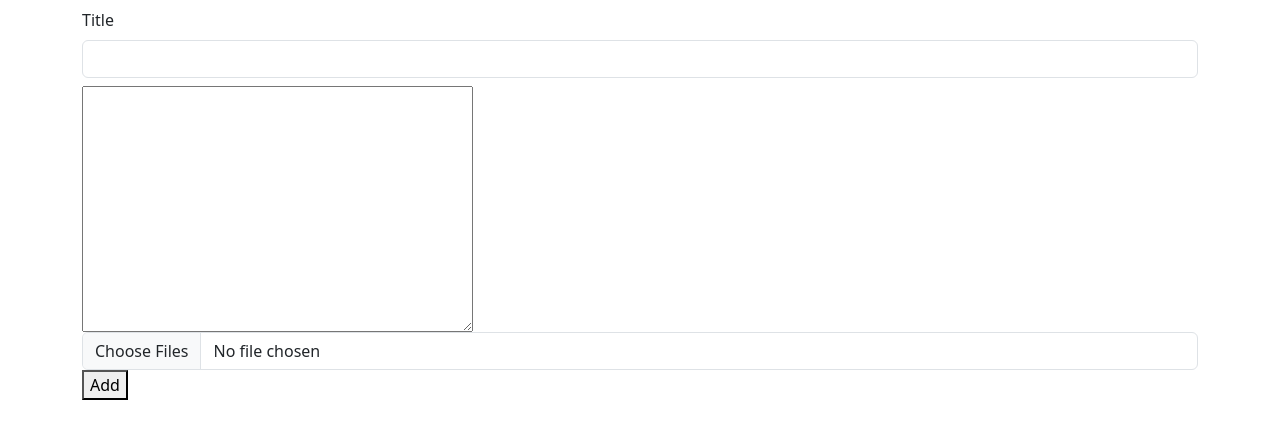
Repository: wasimalbokae2000/blogs
Page: http://localhost/posts/create
An editor plug-in stored every save of this project. The page is shown before and after the next save, followed by the edit.
The browser window is 1280 px wide. The pictures show the whole page.
The page is served by the project's Laravel application, run on PHP 8.4 with Laravel 12. Other server files are loaded and not shown.

Above is the page before, as saved 2024-11-27 23:15:07.

### routes/web.php
<?php

use Illuminate\Support\Facades\Route;
use App\Http\Controllers\PostController;
Route::get('/', function () {
    return view('welcome');
});

Route::get('/posts', [PostController::class, "index"])->name("posts");
Route::get('/posts/create', [PostController::class, "create"] )->name("posts.create");
Route::POST('/posts/store', [PostController::class, "store"] )->name("posts.store");
Route::get('/posts/show/id={id?}', [PostController::class, "show"] )->name("posts.show");
Route::get('/posts/edit/id={id?}', [PostController::class, "edit"] )->name("posts.edit");
Route::POST('/posts/update/id={id?}', [PostController::class, "update"] )->name("posts.update");
Route::get('/posts/delete/id={id?}', [PostController::class, "destroy"] )->name("posts.delete");

### app/Http/Controllers/PostController.php
<?php

namespace App\Http\Controllers;

use App\Models\Post;
use Illuminate\Http\Request;

class PostController extends Controller
{
    /**
     * Display a listing of the resource.
     */
    public function index()
    {
        $posts=Post::all();
        return view("posts.index",compact("posts"));
    }

    /**
     * Show the form for creating a new resource.
     */
    public function create()
    {
        return view("posts.create");
    }

    /**
     * Store a newly created resource in storage.
     */
    public function store(Request $request)
    {

        $arr_images=array();
        if($images=$request->file("image"))
        {
            foreach($images as $image)
            {
                $imgName=$image->getClientOriginalName() . '-'. uniqid() . '.'.$image->getClientOriginalExtension();
                $arr_images[]=$imgName;
                 $image->move(public_path("/images"),$imgName);
            }
            // $imgName=$request->file("image")->getClientOriginalName() . '-'. uniqid() . '.'.$request->file("image")->getClientOriginalExtension();
        }
        $p=Post::create([
            "title"=>$request->title,
            "description"=>$request->description,
            "image"=>implode('|',$arr_images)
            ]);
        if($p)
        return redirect()->route('posts');
        return view("posts.index");
    }

    /**
     * Display the specified resource.
     */
    public function show($id)
    {
        $post=Post::find($id);
        return view("posts.show",compact("post"));
    }
    public function showForEdit($id)
    {

    }

    /**
     * Show the form for editing the specified resource.
     */
    public function edit($id)
    {
        $post=Post::find($id);
        return view("posts.edit",compact("post"));
    }

    /**
     * Update the specified resource in storage.
     */
    public function update(Request $request, $id)
    {
        $post=POST::find($id);
        $post->title=$request->title;
        $post->description=$request->description;
        if($request->hasFile("image"))
        {
            $imgName=$request->file("image")->getClientOriginalName() . '-'. uniqid() . '.'.$request->file("image")->getClientOriginalExtension();
           $request->file("image")->move(public_path("/images"),$imgName);
           $post->image=$imgName;
        }
        $post->save();
        return redirect()->route('posts');
    }

    /**
     * Remove the specified resource from storage.
     */
    public function destroy($id)
    {
        $post = Post::find($id);
        $post->delete();
        return redirect()->route('posts');
    }
}

### resources/views/posts/create.blade.php
<link href="https://cdn.jsdelivr.net/npm/bootstrap@5.3.3/dist/css/bootstrap.min.css" rel="stylesheet" integrity="sha384-QWTKZyjpPEjISv5WaRU9OFeRpok6YctnYmDr5pNlyT2bRjXh0JMhjY6hW+ALEwIH" crossorigin="anonymous">

<div class="container">
    <form action="{{ route("posts.store") }}" enctype="multipart/form-data" method="POST">
        @method("POST")
        @csrf
        <div class="mt-2 mb-2">
            <label for="title" class="form-label">Title</label>
            <input  class="form-control" id="title" >
        </div>
        <textarea name="description" cols="40" rows="10"></textarea>
        <input class="form-control" type="file" name="image[]" multiple>
        <button type="submit">Add</button>
    </form>
</div>

<script src="https://cdn.jsdelivr.net/npm/bootstrap@5.3.3/dist/js/bootstrap.bundle.min.js" integrity="sha384-YvpcrYf0tY3lHB60NNkmXc5s9fDVZLESaAA55NDzOxhy9GkcIdslK1eN7N6jIeHz" crossorigin="anonymous"></script>

Loaded but not shown: app/Http/Controllers/Controller.php (common file)

After the next save:
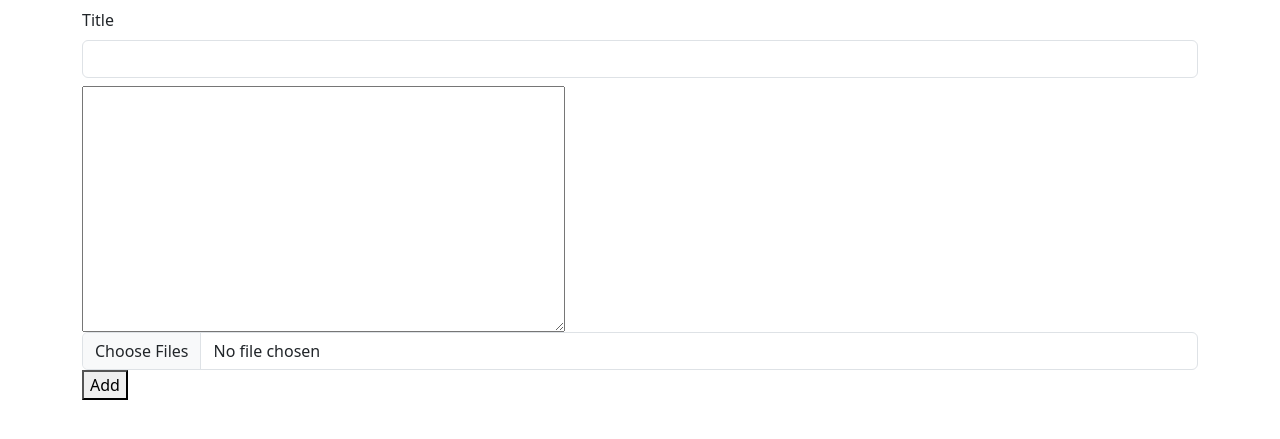
Saved 10 s later.
--- a/resources/views/posts/create.blade.php
+++ b/resources/views/posts/create.blade.php
@@ -8,7 +8,7 @@
             <label for="title" class="form-label">Title</label>
             <input  class="form-control" id="title" >
         </div>
-        <textarea name="description" cols="40" rows="10"></textarea>
+        <textarea name="description" cols="50" rows="10"></textarea>
         <input class="form-control" type="file" name="image[]" multiple>
         <button type="submit">Add</button>
     </form>
